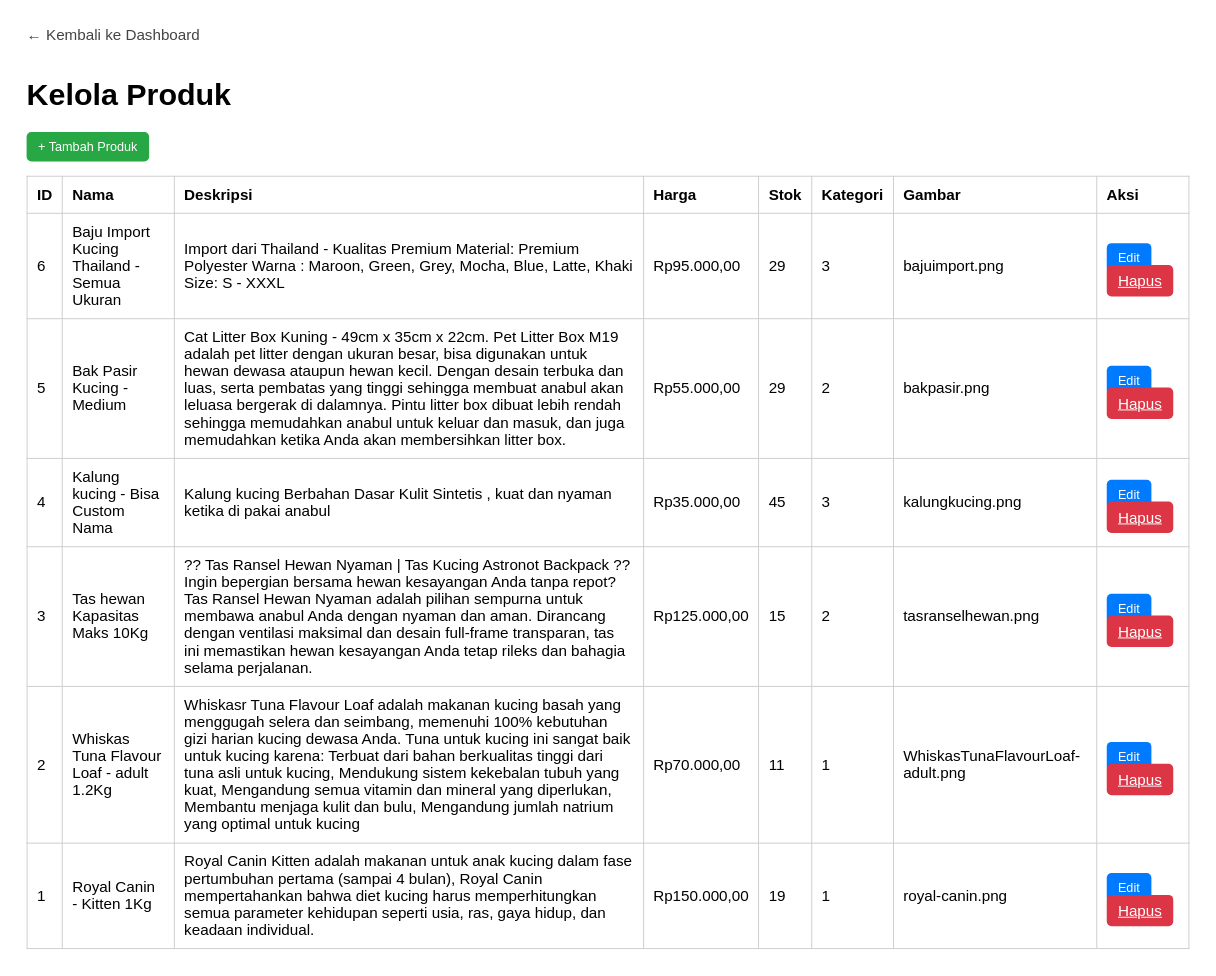
Repository: Senicccc/Shiroo-Pet-Store-Web-App
Page: http://localhost/admin/manage-products.php
The author's editor kept a copy of each file at every save. The page is drawn from the files as they stood at one save, then again after the next save.
The browser window is 1280 px wide. The pictures show the whole page, at 95% of full size.
The page is run by PHP 8.4 with error messages shown; the project is at /var/www/html/. The session is filled in as if someone had signed in: {"admin_id": 3}. Other server files are loaded and not shown. The database holds what the project's SQL file puts in it.

Above is the page before, as saved 2025-05-31 11:38:13.

### admin/manage-products.php
<?php
session_start();

if (!isset($_SESSION['admin_id'])) {
    header("Location: login.php");
    exit;
}

$koneksi = new mysqli("localhost", "root", "", "shiroo_db");
if ($koneksi->connect_error) {
    die("Koneksi gagal: " . $koneksi->connect_error);
}

if (isset($_POST['add_product'])) {
    $name = trim($_POST['name']);
    $desc = trim($_POST['desc']);
    $price = floatval($_POST['price']);
    $stock = intval($_POST['stock']);
    $category_id = intval($_POST['category_id']);
    $image = trim($_POST['image']);

    if ($name && $desc && $price && $stock && $category_id && $image) {
        $stmt = $koneksi->prepare("INSERT INTO products (name, `desc`, price, stock, category_id, image) VALUES (?, ?, ?, ?, ?, ?)");
        $stmt->bind_param("ssdiis", $name, $desc, $price, $stock, $category_id, $image);
        $stmt->execute();
        $stmt->close();
        header("Location: manage-products.php");
        exit;
    } else {
        $error = "Semua field harus diisi!";
    }
}

if (isset($_POST['edit_product'])) {
    $id = intval($_POST['id']);
    $name = trim($_POST['name']);
    $desc = trim($_POST['desc']);
    $price = floatval($_POST['price']);
    $stock = intval($_POST['stock']);
    $category_id = intval($_POST['category_id']);
    $image = trim($_POST['image']);

    if ($id && $name && $desc && $price && $stock && $category_id && $image) {
        $stmt = $koneksi->prepare("UPDATE products SET name=?, `desc`=?, price=?, stock=?, category_id=?, image=? WHERE id=?");
        $stmt->bind_param("ssdiisi", $name, $desc, $price, $stock, $category_id, $image, $id);
        $stmt->execute();
        $stmt->close();
        header("Location: manage-products.php");
        exit;
    } else {
        $error = "Semua field harus diisi!";
    }
}

if (isset($_GET['delete'])) {
    $id = intval($_GET['delete']);
    $stmt = $koneksi->prepare("DELETE FROM products WHERE id = ?");
    $stmt->bind_param("i", $id);
    $stmt->execute();
    $stmt->close();
    header("Location: manage-products.php");
    exit;
}

$result = $koneksi->query("SELECT * FROM products ORDER BY id DESC");
$products = $result->fetch_all(MYSQLI_ASSOC);
?>

<!DOCTYPE html>
<html lang="id">

<head>
    <meta charset="UTF-8">
    <meta name="viewport" content="width=device-width, initial-scale=1.0">
    <title>Kelola Produk - Shiroo</title>
    <style>
    * {
        box-sizing: border-box;
    }

    body {
        font-family: Arial, sans-serif;
        padding: 20px;
    }

    h1 {
        margin-bottom: 20px;
    }

    .back-link {
        display: inline-block;
        margin-bottom: 15px;
        text-decoration: none;
        color: #444;
    }

    table {
        width: 100%;
        border-collapse: collapse;
        margin-top: 15px;
    }

    th,
    td {
        padding: 10px;
        border: 1px solid #ccc;
        text-align: left;
    }

    .btn-add,
    .btn-edit,
    .btn-delete {
        padding: 8px 12px;
        border: none;
        cursor: pointer;
        border-radius: 5px;
    }

    .btn-add {
        background: #28a745;
        color: white;
    }

    .btn-edit {
        background: #007bff;
        color: white;
        margin-right: 5px;
    }

    .btn-delete {
        background: #dc3545;
        color: white;
    }

    .modal {
        display: none;
        position: fixed;
        z-index: 10;
        left: 0;
        top: 0;
        width: 100%;
        height: 100%;
        background: rgba(0, 0, 0, 0.5);
    }

    .modal-content {
        background: white;
        margin: 50px auto;
        padding: 20px;
        width: 90%;
        max-width: 500px;
        border-radius: 8px;
        position: relative;
    }

    .modal-content h2 {
        margin-top: 0;
    }

    .close {
        position: absolute;
        right: 15px;
        top: 10px;
        font-size: 20px;
        cursor: pointer;
    }

    form input,
    form textarea {
        width: 100%;
        padding: 8px;
        margin-bottom: 10px;
        border-radius: 4px;
        border: 1px solid #ccc;
    }

    .error {
        color: red;
        margin-bottom: 10px;
    }

    @media (max-width: 768px) {

        table,
        thead,
        tbody,
        th,
        td,
        tr {
            display: block;
            width: 100%;
        }

        tr {
            margin-bottom: 15px;
            border: 1px solid #ccc;
            padding: 10px;
        }

        th {
            display: none;
        }

        td {
            display: flex;
            justify-content: space-between;
            margin-bottom: 5px;
        }

        td::before {
            content: attr(data-label);
            font-weight: bold;
            width: 40%;
        }
    }
    </style>
</head>

<body>

    <a href="dashboard.php" class="back-link">← Kembali ke Dashboard</a>

    <h1>Kelola Produk</h1>

    <?php if (!empty($error)) : ?>
    <div class="error"><?= htmlspecialchars($error) ?></div>
    <?php endif; ?>

    <button class="btn-add" id="openAddModalBtn">+ Tambah Produk</button>

    <table>
        <thead>
            <tr>
                <th>ID</th>
                <th>Nama</th>
                <th>Deskripsi</th>
                <th>Harga</th>
                <th>Stok</th>
                <th>Kategori</th>
                <th>Gambar</th>
                <th>Aksi</th>
            </tr>
        </thead>
        <tbody>
            <?php if ($products): foreach ($products as $product): ?>
            <tr>
                <td data-label="ID"><?= $product['id'] ?></td>
                <td data-label="Nama"><?= htmlspecialchars($product['name']) ?></td>
                <td data-label="Deskripsi"><?= htmlspecialchars($product['desc']) ?></td>
                <td data-label="Harga">Rp<?= number_format($product['price'], 2, ',', '.') ?></td>
                <td data-label="Stok"><?= $product['stock'] ?></td>
                <td data-label="Kategori"><?= $product['category_id'] ?></td>
                <td data-label="Gambar"><?= htmlspecialchars($product['image']) ?></td>
                <td data-label="Aksi">
                    <button class="btn-edit" onclick='openEditModal(
                        <?= $product['id'] ?>,
                        <?= json_encode($product['name']) ?>,
                        <?= json_encode($product['desc']) ?>,
                        <?= $product['price'] ?>,
                        <?= $product['stock'] ?>,
                        <?= $product['category_id'] ?>,
                        <?= json_encode($product['image']) ?>
                    )'>Edit</button>
                    <a href="manage-products.php?delete=<?= $product['id'] ?>"
                        onclick="return confirm('Yakin hapus produk ini?')" class="btn-delete">Hapus</a>
                </td>
            </tr>
            <?php endforeach; else: ?>
            <tr>
                <td colspan="8" style="text-align:center;">Belum ada produk.</td>
            </tr>
            <?php endif; ?>
        </tbody>
    </table>

    <!-- MODAL TAMBAH -->
    <div id="addModal" class="modal">
        <div class="modal-content">
            <span class="close" id="closeAddModal">&times;</span>
            <h2>Tambah Produk</h2>
            <form method="post" action="">
                <label>Nama Produk</label>
                <input type="text" name="name" required>
                <label>Deskripsi</label>
                <textarea name="desc" required></textarea>
                <label>Harga</label>
                <input type="number" name="price" step="0.01" required>
                <label>Stok</label>
                <input type="number" name="stock" required>
                <label>ID Kategori</label>
                <input type="number" name="category_id" required>
                <label>Nama File Gambar</label>
                <input type="text" name="image" required>
                <button type="submit" name="add_product">Tambah</button>
            </form>
        </div>
    </div>

    <!-- MODAL EDIT -->
    <div id="editModal" class="modal">
        <div class="modal-content">
            <span class="close" id="closeEditModal">&times;</span>
            <h2>Edit Produk</h2>
            <form method="post" action="">
                <input type="hidden" name="id" id="edit_id">
                <label>Nama Produk</label>
                <input type="text" name="name" id="edit_name" required>
                <label>Deskripsi</label>
                <textarea name="desc" id="edit_desc" required></textarea>
                <label>Harga</label>
                <input type="number" step="0.01" name="price" id="edit_price" required>
                <label>Stok</label>
                <input type="number" name="stock" id="edit_stock" required>
                <label>ID Kategori</label>
                <input type="number" name="category_id" id="edit_category_id" required>
                <label>Nama File Gambar</label>
                <input type="text" name="image" id="edit_image" required>
                <button type="submit" name="edit_product">Simpan</button>
            </form>
        </div>
    </div>

    <script>
    const addModal = document.getElementById("addModal");
    document.getElementById("openAddModalBtn").onclick = () => addModal.style.display = "block";
    document.getElementById("closeAddModal").onclick = () => addModal.style.display = "none";

    const editModal = document.getElementById("editModal");
    document.getElementById("closeEditModal").onclick = () => editModal.style.display = "none";

    function openEditModal(id, name, desc, price, stock, category_id, image) {
        document.getElementById("edit_id").value = id;
        document.getElementById("edit_name").value = name;
        document.getElementById("edit_desc").value = desc;
        document.getElementById("edit_price").value = price;
        document.getElementById("edit_stock").value = stock;
        document.getElementById("edit_category_id").value = category_id;
        document.getElementById("edit_image").value = image;
        editModal.style.display = "block";
    }

    window.onclick = function(event) {
        if (event.target == addModal) addModal.style.display = "none";
        if (event.target == editModal) editModal.style.display = "none";
    }
    </script>

</body>

</html>

### database/shiroo_db.sql (the tables this page reads)
CREATE TABLE `products` (
  `id` int(11) NOT NULL,
  `name` varchar(100) NOT NULL,
  `desc` text NOT NULL,
  `price` decimal(10,2) NOT NULL,
  `stock` int(11) NOT NULL,
  `category_id` int(11) NOT NULL,
  `image` varchar(100) NOT NULL
) ENGINE=InnoDB DEFAULT CHARSET=utf8mb4 COLLATE=utf8mb4_general_ci;

INSERT INTO `products` (`id`, `name`, `desc`, `price`, `stock`, `category_id`, `image`) VALUES
(1, 'Royal Canin - Kitten 1Kg', 'Royal Canin Kitten adalah makanan untuk anak kucing dalam fase pertumbuhan pertama (sampai 4 bulan), Royal Canin mempertahankan bahwa diet kucing harus memperhitungkan semua parameter kehidupan seperti usia, ras, gaya hidup, dan keadaan individual.', 150000.00, 19, 1, 'royal-canin.png'),
(2, 'Whiskas Tuna Flavour Loaf - adult 1.2Kg', 'Whiskasr Tuna Flavour Loaf adalah makanan kucing basah yang menggugah selera dan seimbang, memenuhi 100% kebutuhan gizi harian kucing dewasa Anda. Tuna untuk kucing ini sangat baik untuk kucing karena:\r\n\r\nTerbuat dari bahan berkualitas tinggi dari tuna asli untuk kucing, Mendukung sistem kekebalan tubuh yang kuat, Mengandung semua vitamin dan mineral yang diperlukan, Membantu menjaga kulit dan bulu, Mengandung jumlah natrium yang optimal untuk kucing', 70000.00, 11, 1, 'WhiskasTunaFlavourLoaf-adult.png'),
(3, 'Tas hewan Kapasitas Maks 10Kg', '?? Tas Ransel Hewan Nyaman | Tas Kucing Astronot Backpack ??\r\n \r\nIngin bepergian bersama hewan kesayangan Anda tanpa repot? Tas Ransel Hewan Nyaman adalah pilihan sempurna untuk membawa anabul Anda dengan nyaman dan aman. Dirancang dengan ventilasi maksimal dan desain full-frame transparan, tas ini memastikan hewan kesayangan Anda tetap rileks dan bahagia selama perjalanan.', 125000.00, 15, 2, 'tasranselhewan.png'),
(4, 'Kalung kucing - Bisa Custom Nama', 'Kalung kucing Berbahan Dasar Kulit Sintetis , kuat dan nyaman ketika di pakai anabul\r\n', 35000.00, 45, 3, 'kalungkucing.png'),
(5, 'Bak Pasir Kucing - Medium', 'Cat Litter Box Kuning - 49cm x 35cm x 22cm.\r\n\r\nPet Litter Box M19 adalah pet litter dengan ukuran besar, bisa digunakan untuk hewan dewasa ataupun hewan kecil. Dengan desain terbuka dan luas, serta pembatas yang tinggi sehingga membuat anabul akan leluasa bergerak di dalamnya. Pintu litter box dibuat lebih rendah sehingga memudahkan anabul untuk keluar dan masuk, dan juga memudahkan ketika Anda akan membersihkan litter box.', 55000.00, 29, 2, 'bakpasir.png'),
(6, 'Baju Import Kucing Thailand - Semua Ukuran', 'Import dari Thailand - Kualitas Premium\r\nMaterial: Premium Polyester\r\nWarna : Maroon, Green, Grey, Mocha, Blue, Latte, Khaki\r\nSize: S - XXXL', 95000.00, 29, 3, 'bajuimport.png');

ALTER TABLE `products`
  ADD PRIMARY KEY (`id`);

ALTER TABLE `products`
  MODIFY `id` int(11) NOT NULL AUTO_INCREMENT, AUTO_INCREMENT=7;

After the next save:
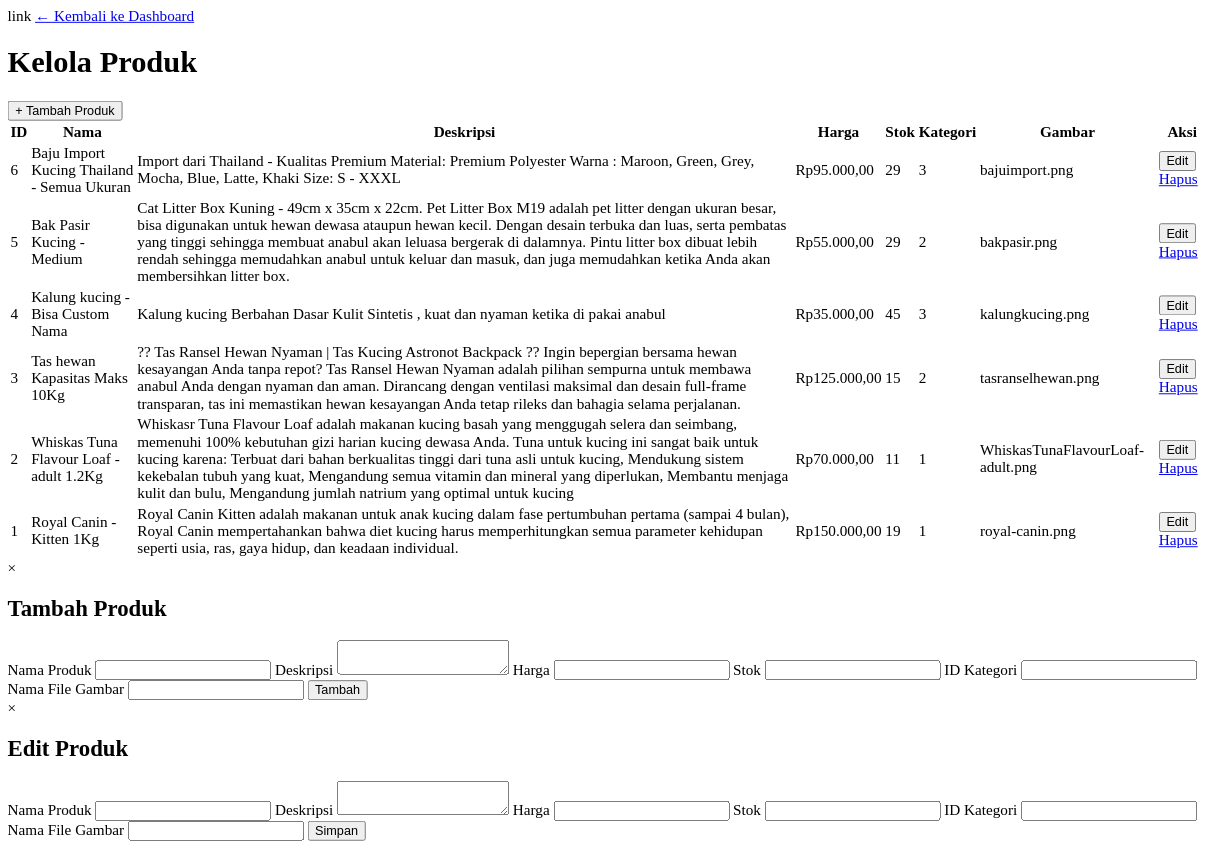
Saved 42 s later.
--- a/admin/manage-products.php
+++ b/admin/manage-products.php
@@ -73,147 +73,7 @@ $products = $result->fetch_all(MYSQLI_ASSOC);
     <meta charset="UTF-8">
     <meta name="viewport" content="width=device-width, initial-scale=1.0">
     <title>Kelola Produk - Shiroo</title>
-    <style>
-    * {
-        box-sizing: border-box;
-    }
-
-    body {
-        font-family: Arial, sans-serif;
-        padding: 20px;
-    }
-
-    h1 {
-        margin-bottom: 20px;
-    }
-
-    .back-link {
-        display: inline-block;
-        margin-bottom: 15px;
-        text-decoration: none;
-        color: #444;
-    }
-
-    table {
-        width: 100%;
-        border-collapse: collapse;
-        margin-top: 15px;
-    }
-
-    th,
-    td {
-        padding: 10px;
-        border: 1px solid #ccc;
-        text-align: left;
-    }
-
-    .btn-add,
-    .btn-edit,
-    .btn-delete {
-        padding: 8px 12px;
-        border: none;
-        cursor: pointer;
-        border-radius: 5px;
-    }
-
-    .btn-add {
-        background: #28a745;
-        color: white;
-    }
-
-    .btn-edit {
-        background: #007bff;
-        color: white;
-        margin-right: 5px;
-    }
-
-    .btn-delete {
-        background: #dc3545;
-        color: white;
-    }
-
-    .modal {
-        display: none;
-        position: fixed;
-        z-index: 10;
-        left: 0;
-        top: 0;
-        width: 100%;
-        height: 100%;
-        background: rgba(0, 0, 0, 0.5);
-    }
-
-    .modal-content {
-        background: white;
-        margin: 50px auto;
-        padding: 20px;
-        width: 90%;
-        max-width: 500px;
-        border-radius: 8px;
-        position: relative;
-    }
-
-    .modal-content h2 {
-        margin-top: 0;
-    }
-
-    .close {
-        position: absolute;
-        right: 15px;
-        top: 10px;
-        font-size: 20px;
-        cursor: pointer;
-    }
-
-    form input,
-    form textarea {
-        width: 100%;
-        padding: 8px;
-        margin-bottom: 10px;
-        border-radius: 4px;
-        border: 1px solid #ccc;
-    }
-
-    .error {
-        color: red;
-        margin-bottom: 10px;
-    }
-
-    @media (max-width: 768px) {
-
-        table,
-        thead,
-        tbody,
-        th,
-        td,
-        tr {
-            display: block;
-            width: 100%;
-        }
-
-        tr {
-            margin-bottom: 15px;
-            border: 1px solid #ccc;
-            padding: 10px;
-        }
-
-        th {
-            display: none;
-        }
-
-        td {
-            display: flex;
-            justify-content: space-between;
-            margin-bottom: 5px;
-        }
-
-        td::before {
-            content: attr(data-label);
-            font-weight: bold;
-            width: 40%;
-        }
-    }
-    </style>
+    link
 </head>
 
 <body>
